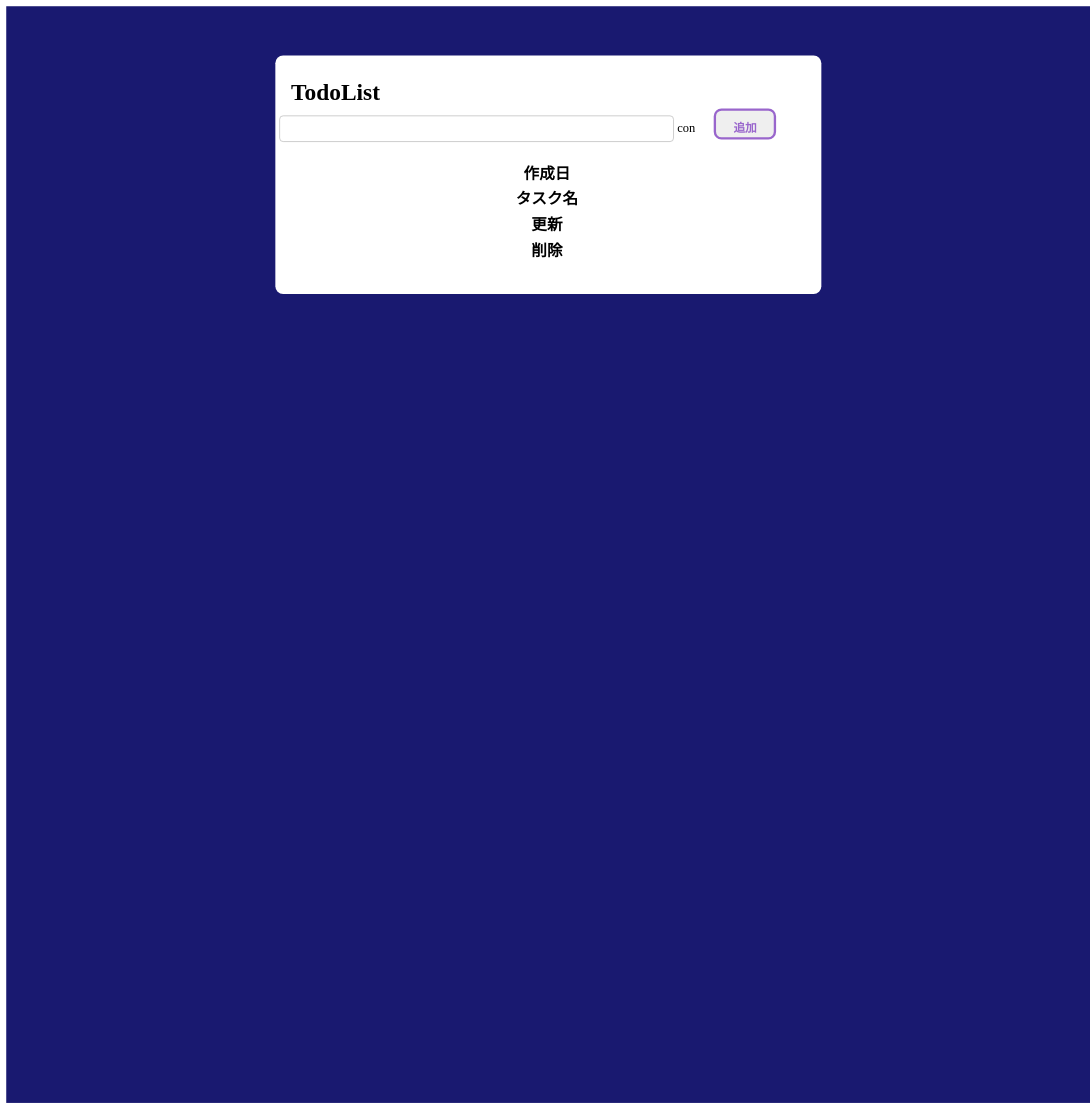
Repository: moro-ayu3/20230304_morohoshi
Page: http://localhost/
The author's editor kept a copy of each file at every save. The page is drawn from the files as they stood at one save, then again after the next save.
The browser window is 1280 px wide. The page is 1398 px wide, so the pictures cover 1398 px, including what lies to the right of the window. The pictures show the whole page, at 78% of full size.
The page is served by the project's Laravel application, run on PHP 8.4 with Laravel 8. Queries for data that is not in the repository find no rows.

Above is the page before, as saved 2023-03-11 12:56:56.

After the next save:
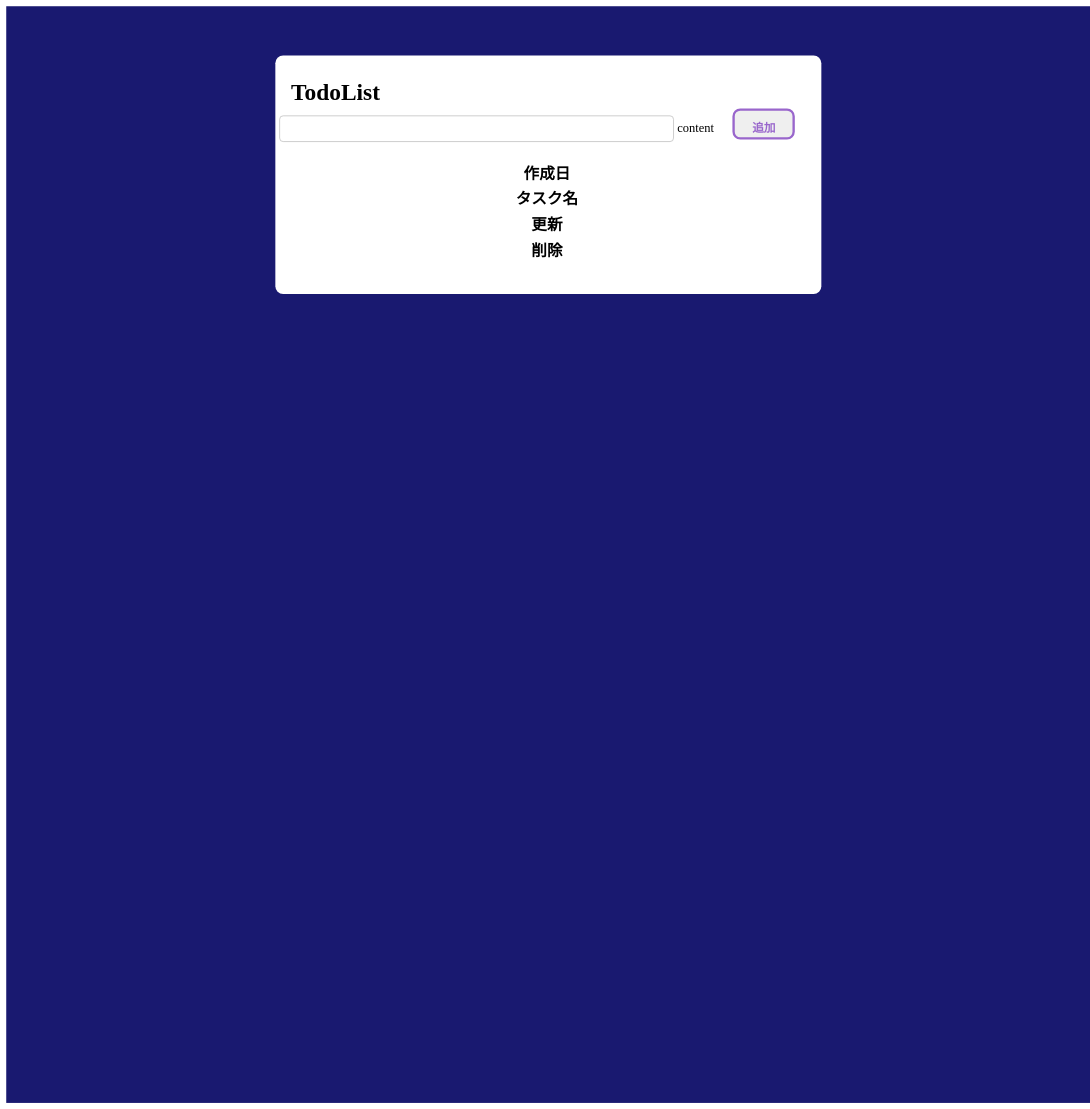
Saved 29 s later.
--- a/resources/views/index.blade.php
+++ b/resources/views/index.blade.php
@@ -174,7 +174,7 @@
             <form action="/todo/create" method="post">
              @csrf
               <input type="text" class="text" name="content">
-              {{ Str::limit('con')}}
+              {{ Str::limit('content')}}
               @if ($errors->has('created_btn'))
               <tr>
                 <th>ERROR</th>
